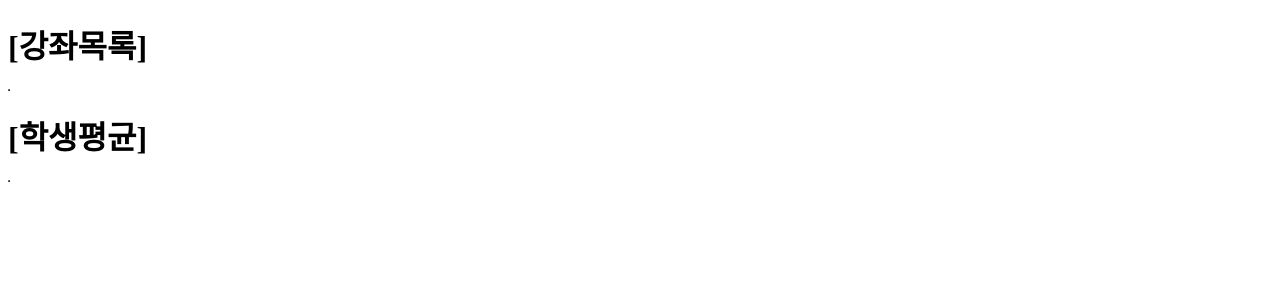
Repository: whwlsghkstm/html
Page: http://localhost/Ex0504/list.jsp
The author's editor kept a copy of each file at every save. The page is drawn from the files as they stood at one save, then again after the next save.
The browser window is 1280 px wide. The pictures show the whole page.
Some web libraries are served in a nearby version. The page is served by Tomcat 9. Queries for data that is not in the repository find no rows.

Above is the page before, as saved 2020-05-04 05:42:45.

After the next save:
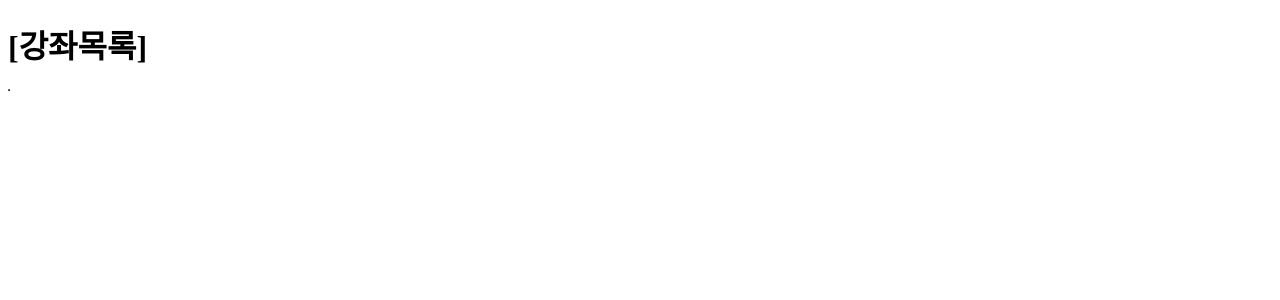
Saved 95 s later.
--- a/Ex0504/WebContent/list.jsp
+++ b/Ex0504/WebContent/list.jsp
@@ -31,27 +31,6 @@
 		{{/each}}
 	</script>
 
-	<h1>[학생평균]</h1>
-	<table id="tab1" border=1></table>
-	<script id="temp1" type="text/x-handlebars-template">
-			<tr class="title1">
-				<td><input type="checkbox" id="checkAll1"></td>
-				<td>학생번호</td>
-				<td>학생이름</td>
-				<td>소속학과</td>
-				<td>평균점수</td>
-			</tr>
-
-		{{#each slist}}
-			<tr class="row1">
-				<td><input type="checkbox" class="check1"></td>
-				<td class="scode">{{scode}}</td>
-				<td class="sname">{{sname}}</td>
-				<td class="dept">{{dept}}</td>
-				<td class="avg1">{{avg1}}</td>
-			</tr>
-		{{/each}}
-	</script>
 </body>
 
 <script>
@@ -63,7 +42,6 @@
 			url:"json.jsp",
 			dataType:"json",
 			success:function(data){
-				alert("1");
 				var temp=Handlebars.compile($("#temp").html());
 				$("#tab").html(temp(data));
 			}

After the save that followed:
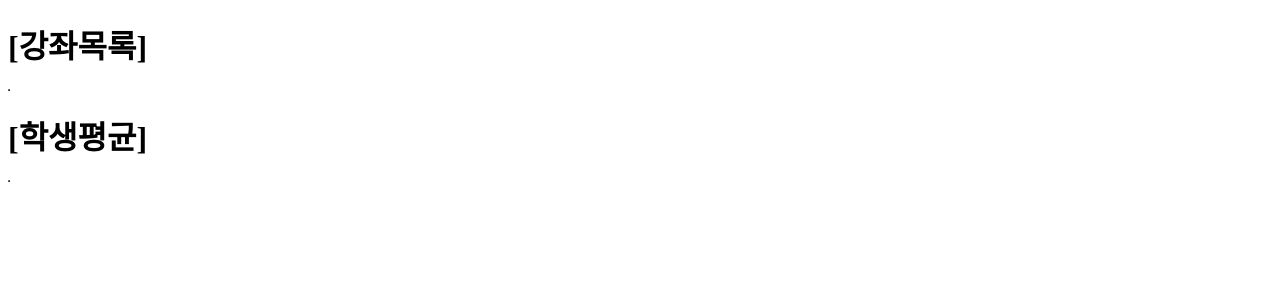
Saved 18 s later.
--- a/Ex0504/WebContent/list.jsp
+++ b/Ex0504/WebContent/list.jsp
@@ -31,6 +31,27 @@
 		{{/each}}
 	</script>
 
+	<h1>[학생평균]</h1>
+	<table id="tab1" border=1></table>
+	<script id="temp1" type="text/x-handlebars-template">
+			<tr class="title1">
+				<td><input type="checkbox" id="checkAll1"></td>
+				<td>학생번호</td>
+				<td>학생이름</td>
+				<td>소속학과</td>
+				<td>평균점수</td>
+			</tr>
+
+		{{#each slist}}
+			<tr class="row1">
+				<td><input type="checkbox" class="check1"></td>
+				<td class="scode">{{scode}}</td>
+				<td class="sname">{{sname}}</td>
+				<td class="dept">{{dept}}</td>
+				<td class="avg1">{{avg1}}</td>
+			</tr>
+		{{/each}}
+	</script>
 </body>
 
 <script>
